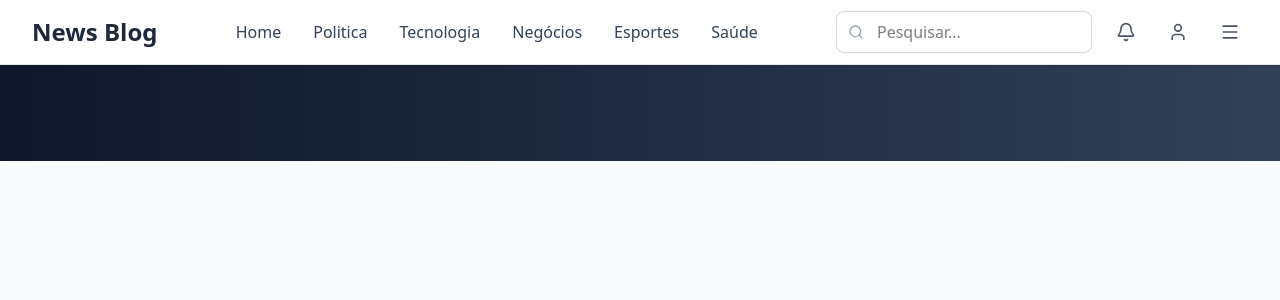
Repository: estevam02009/news-blog
Page: /
An editor plug-in stored every save of this project. The page is shown before and after the next save, followed by the edit.
The browser window is 1280 px wide. The pictures show the whole page.
The project was rebuilt for these pictures with package versions that can differ from the ones it lists, and the page was loaded fresh each time. Also part of the build but not shown: vite.config.ts.

Above is the page before, as saved 2025-08-08 17:22:13.

After the next save:
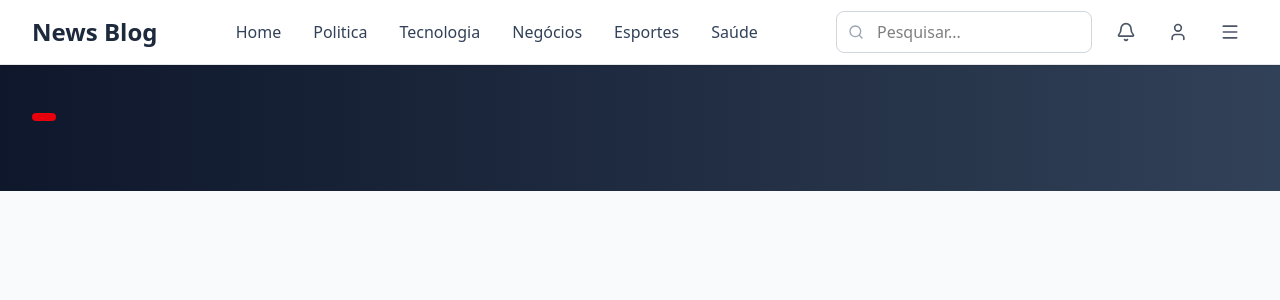
Saved 68 min 15 s later.
--- a/src/components/Hero.tsx
+++ b/src/components/Hero.tsx
@@ -5,7 +5,11 @@ const Hero: React.FC = () => {
     return (
         <section className="bg-gradient-to-r from-slate-900 to-slate-700 text-white py-12">
             <div className="max-w-7xl mx-auto px-4 sm:px-6 lg:px-8">
-                <div className="grid grid-cols-1 lg:grid-cols-2 gap-8 items-center"></div>
+                <div className="grid grid-cols-1 lg:grid-cols-2 gap-8 items-center">
+                    <div>
+                        <span className="inline-block bg-red-600 text-white px-3 py-1 text-sm font-semibold rounded-full mb-4"></span>
+                    </div>
+                </div>
             </div>
         </section>
     );
